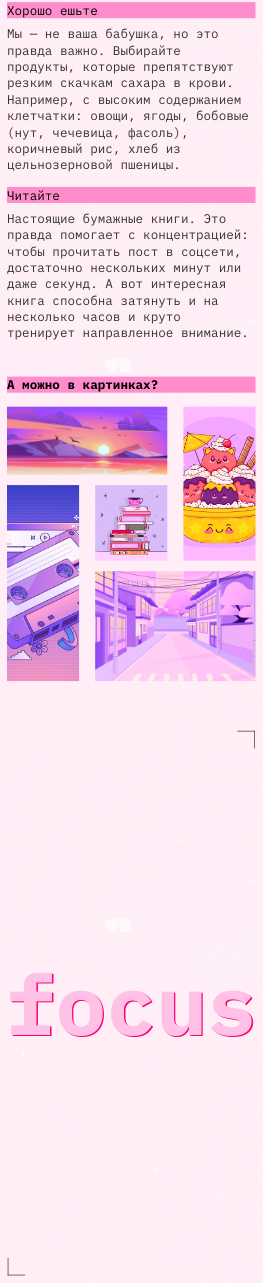
Repository: Hadoooouken/slozhno-sosredotochitsya
Page: index.html
The author's editor kept a copy of each file at every save. The page is drawn from the files as they stood at one save, then again after the next save.
The browser window is 375 px wide. The pictures show the part of the page from y = 4260 to 6500 px (the page is 6093 px tall before and 7051 px after), at 70% of full size.
Backgrounds fixed to the window are drawn as part of the page.

Above is the page before, as saved 2024-01-24 22:08:43.

After the next save:
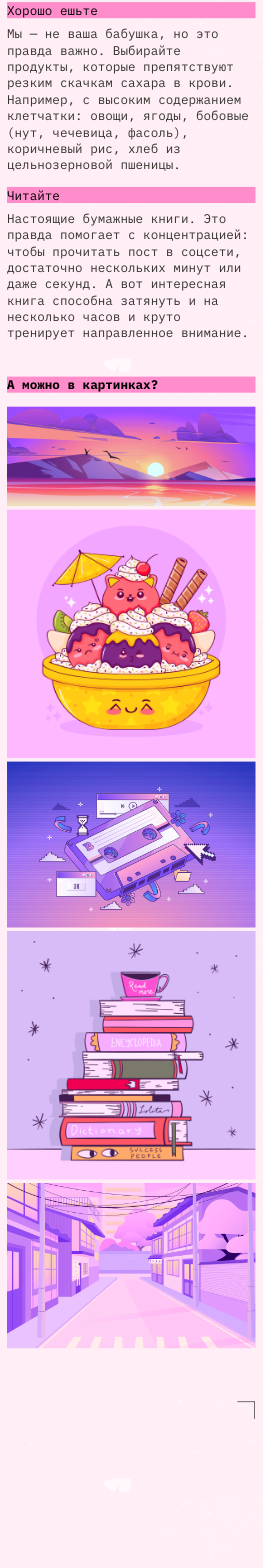
Saved 22 s later.
--- a/styles/style.css
+++ b/styles/style.css
@@ -421,7 +421,7 @@
   .gallery__section {
     padding-top: 50px;
 }
-..gallery__list {
+.gallery__list {
   display: block;
 }
 }

After the 2 saves that followed:
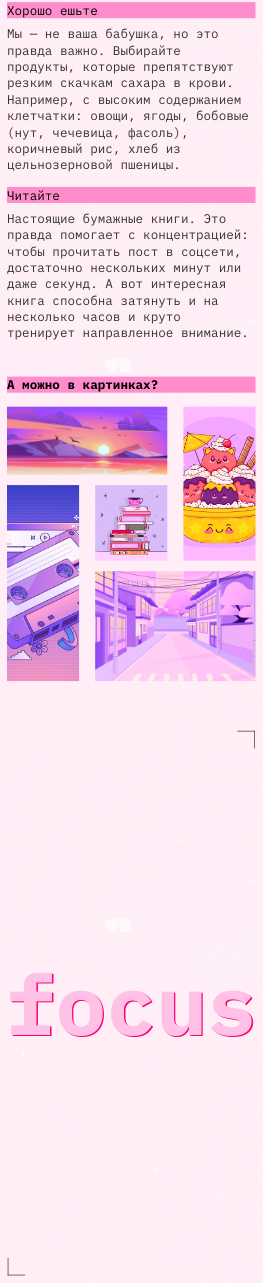
The 2 saves are shown as one change because they came seconds apart.
The last was saved 88 s later.
--- a/styles/style.css
+++ b/styles/style.css
@@ -421,6 +421,8 @@
   .gallery__section {
     padding-top: 50px;
 }
+
+.section__sub-title
 .gallery__list {
   display: block;
 }
